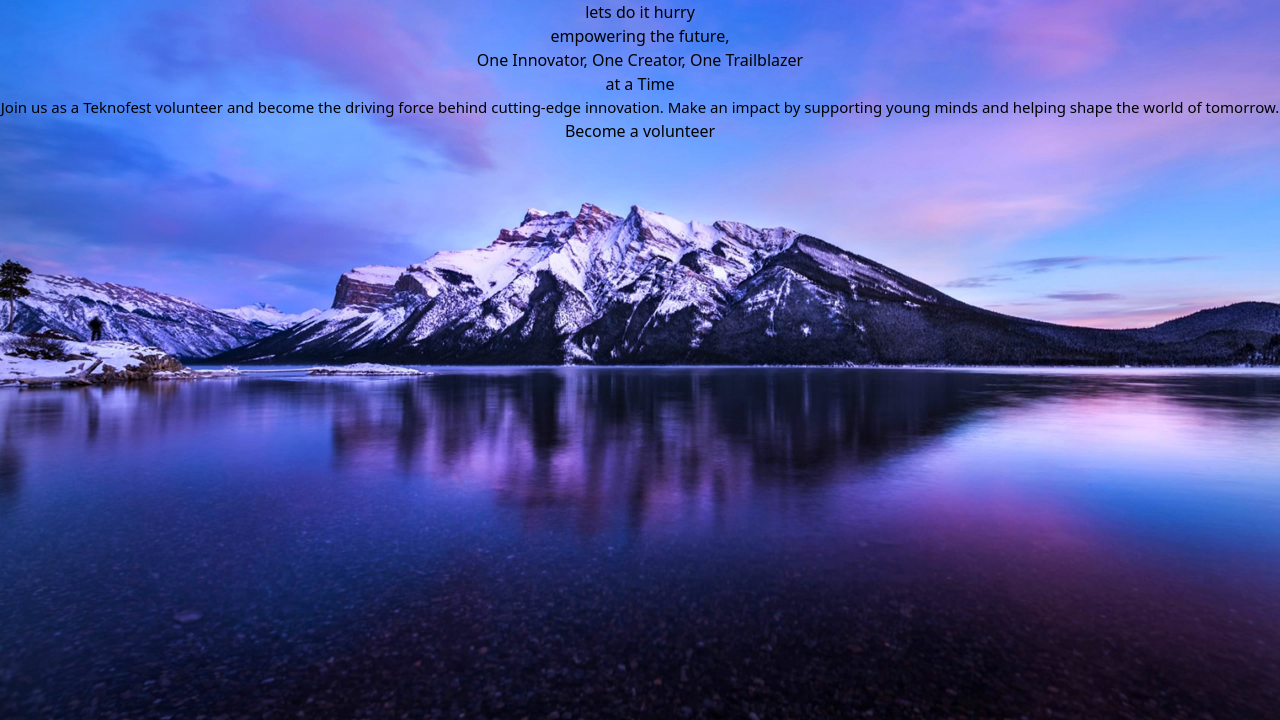
Repository: ManaheelJamil/TechnoFest-competetion
Page: /
An editor plug-in stored every save of this project. The page is shown before and after the next save, followed by the edit.
The browser window is 1280 px wide. The pictures show the whole page.
The project was rebuilt for these pictures with package versions that can differ from the ones it lists, and the page was loaded fresh each time. The framework's server and built-in components were replaced by stand-ins that run in the browser. Also part of the build but not shown: next.config.mjs.

Above is the page before, as saved 2024-10-13 13:16:09.

After the next save:
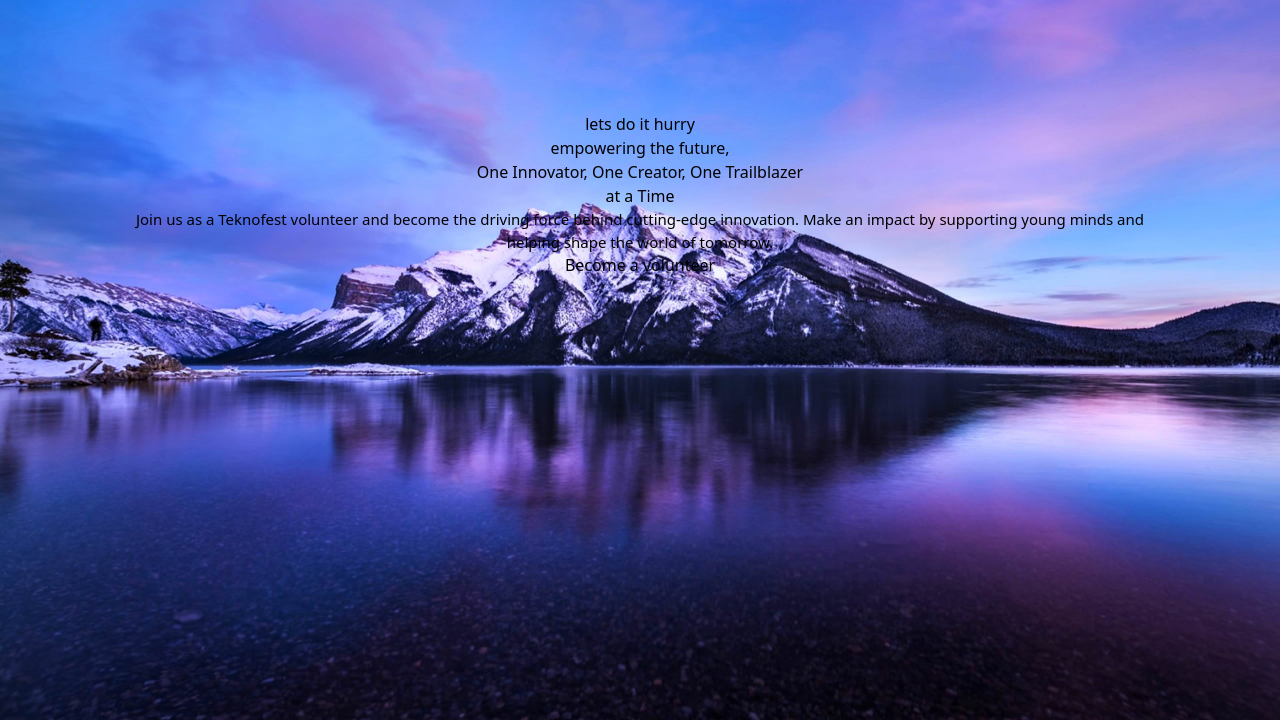
Saved 6 s later.
--- a/app/compoenent/irtizatask.js
+++ b/app/compoenent/irtizatask.js
@@ -4,7 +4,7 @@ const Irtizatask = () => {
   return (
     <div className='flex justify-center  w-full h-100vh banner' >
 
-        <div className='flex flex-col justify-items-center text-center items-center m-'  >
+        <div className='flex flex-col justify-items-center text-center items-center m-28'  >
         <p className=''>
             lets do it hurry
         </p>
